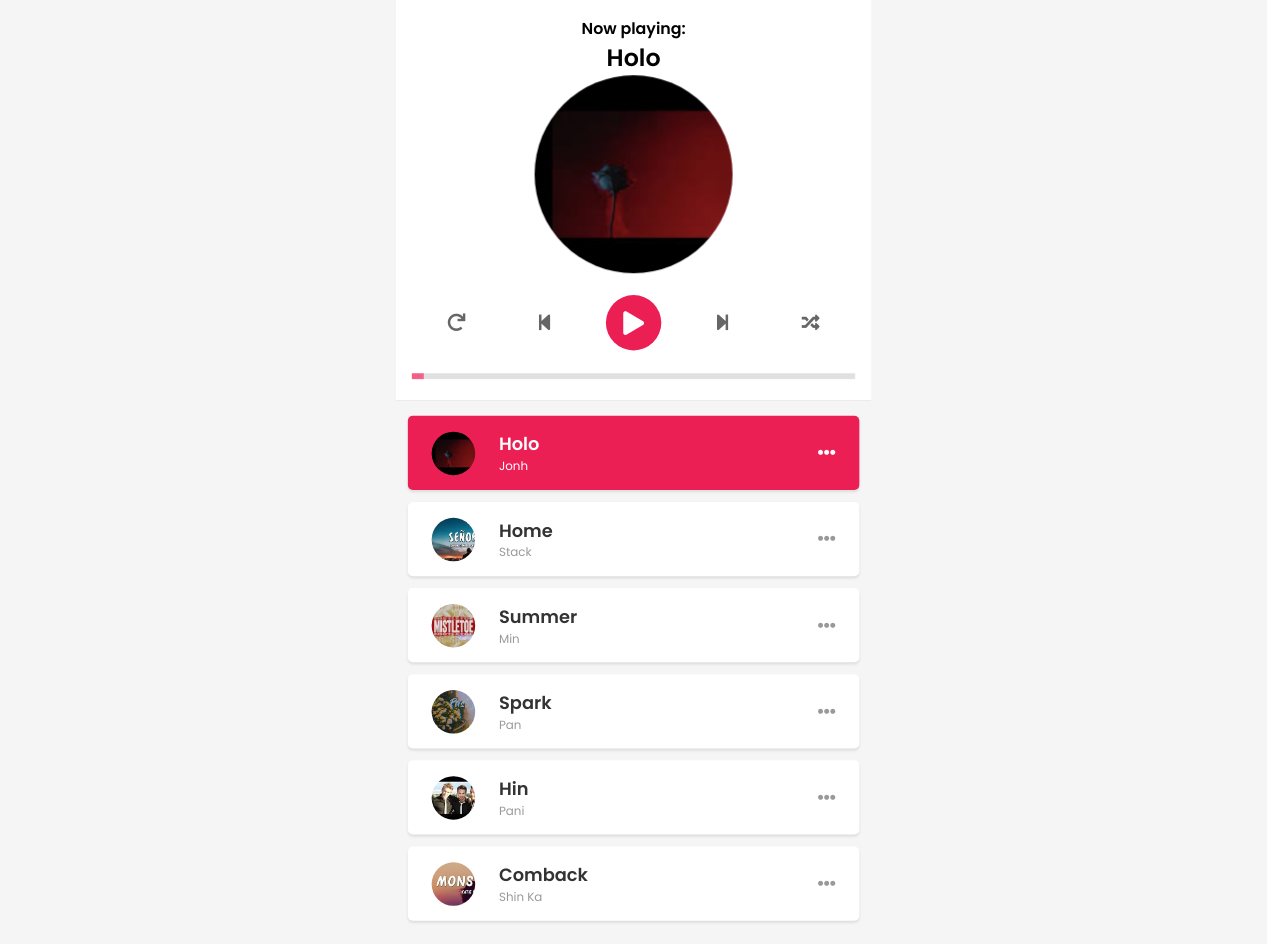
Repository: MinhNhatIT2901/Mp3-clon
Page: index.html
These files come from the project's save history. The page is drawn as it stood at one moment and after the next save; the edit follows.
The browser window is 1280 px wide. The pictures show the whole page, at 99% of full size.
Pictures or frames that could not be fetched are drawn as grey boxes.

Above is the page before, as saved 2022-01-02 15:17:18.

After the next save:
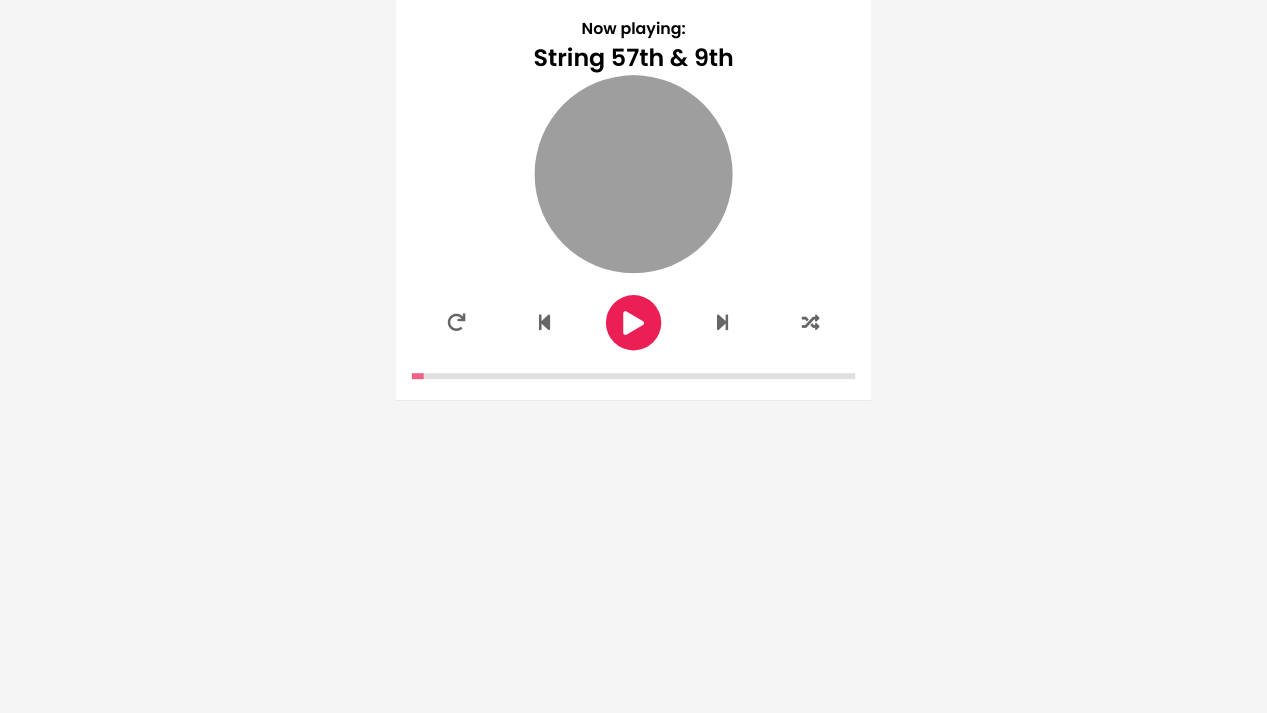
Console error (its wording comes from the project's code and is left out).
Saved 5 min 3 s later.
--- a/asset/css/app.js
+++ b/asset/css/app.js
@@ -1,5 +1,7 @@
 const $ = document.querySelector.bind(document);
 const $$ = document.querySelectorAll.bind(document);
+
+const PLAYER_STORAGE_KEY = 'NMN';
 
 const cd = $('.cd');
 const heading = $('.header-name');
@@ -20,6 +22,7 @@
     isPlaying: false,
     isRandom: false,
     isRepeat: false,
+    settings: JSON.parse(localStorage.getItem(PLAYER_STORAGE_KEY) || {}),
     songs: [
         {
             name: 'Holo',

After the save that followed:
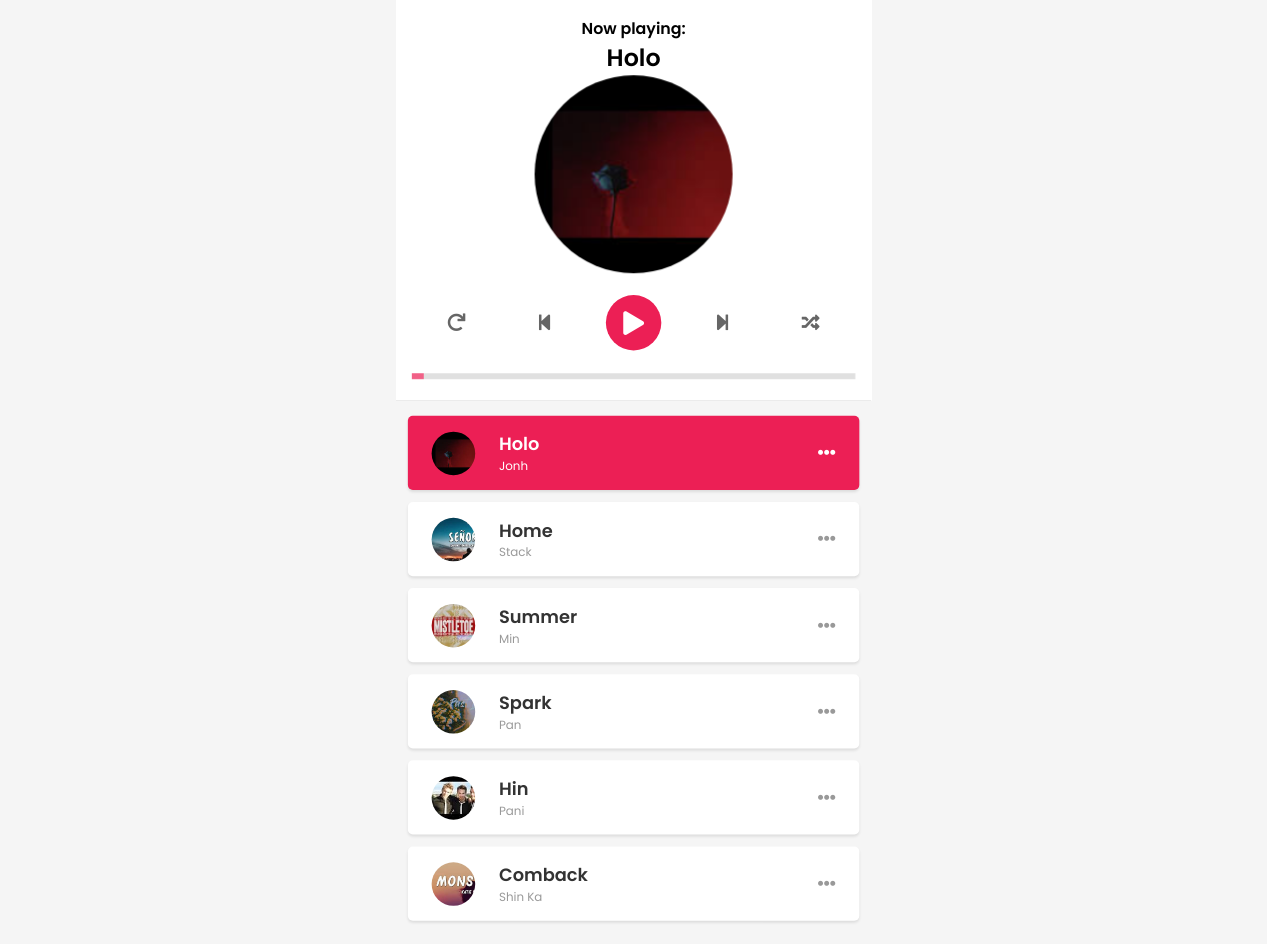
The error is gone.
Saved 45 s later.
--- a/asset/css/app.js
+++ b/asset/css/app.js
@@ -22,7 +22,7 @@
     isPlaying: false,
     isRandom: false,
     isRepeat: false,
-    settings: JSON.parse(localStorage.getItem(PLAYER_STORAGE_KEY) || {}),
+    settings: JSON.parse(localStorage.getItem(PLAYER_STORAGE_KEY)) || {},
     songs: [
         {
             name: 'Holo',
